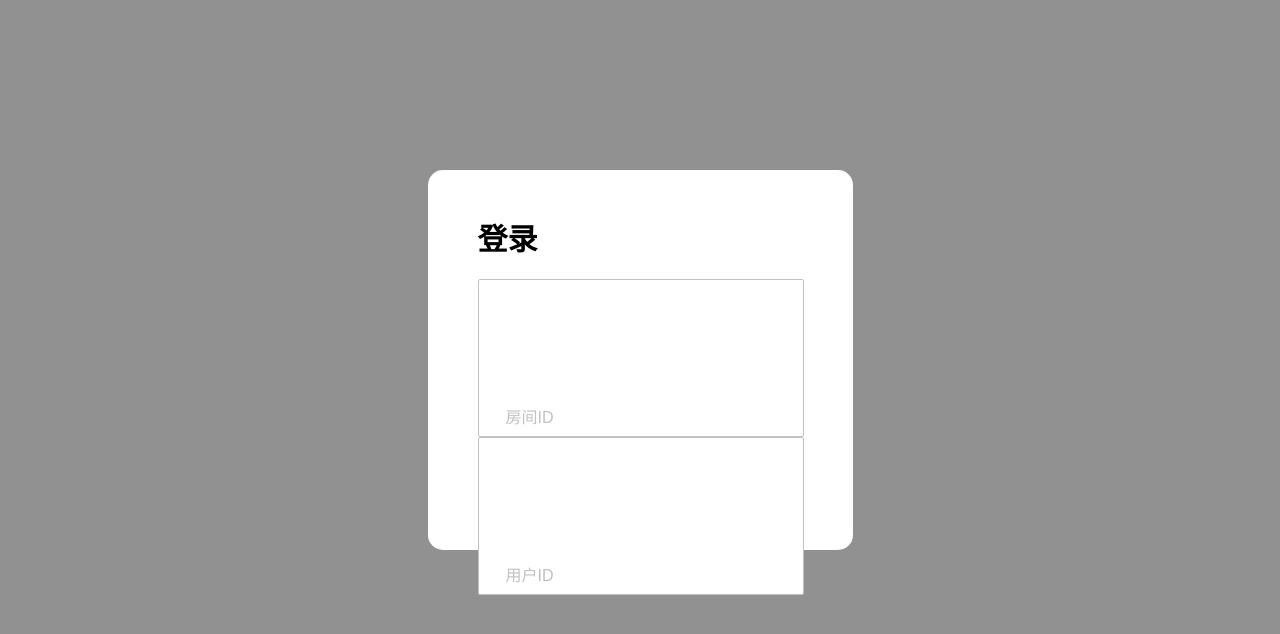
Repository: sjtu-course/homework
Page: GongZening/Week2/Web/LoginPage.html
The author's editor kept a copy of each file at every save. The page is drawn from the files as they stood at one save, then again after the next save.
The browser window is 1280 px wide. The pictures show the whole page.

Above is the page before, as saved 2020-11-07 16:57:18.

After the next save:
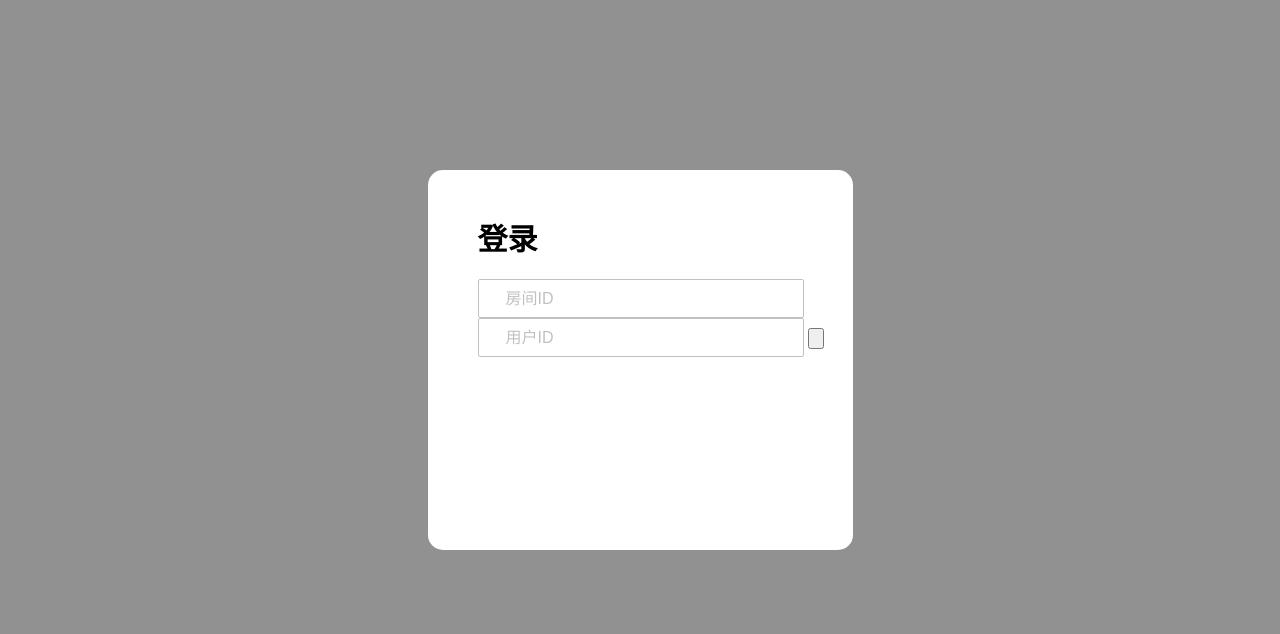
Saved 4 min 10 s later.
--- a/GongZening/Week2/Web/LoginPage.html
+++ b/GongZening/Week2/Web/LoginPage.html
@@ -20,6 +20,7 @@
             <h1 id="login">登录</h1>
             <input class="edit_text" placeholder="房间ID">
             <input class="edit_text" placeholder="用户ID">
+            <input type="button" placeholder="进入房间">
         </div>
     </body>
 </html>
--- a/GongZening/Week2/Web/css/Edit_Text.css
+++ b/GongZening/Week2/Web/css/Edit_Text.css
@@ -3,7 +3,6 @@
     width: 320px;
     height: 35px;
     margin-left: 50px;
-    padding-top: 120px;
     border-radius: 2px;
     border:1px solid #c1c1c1;
     font-size: 16px;
